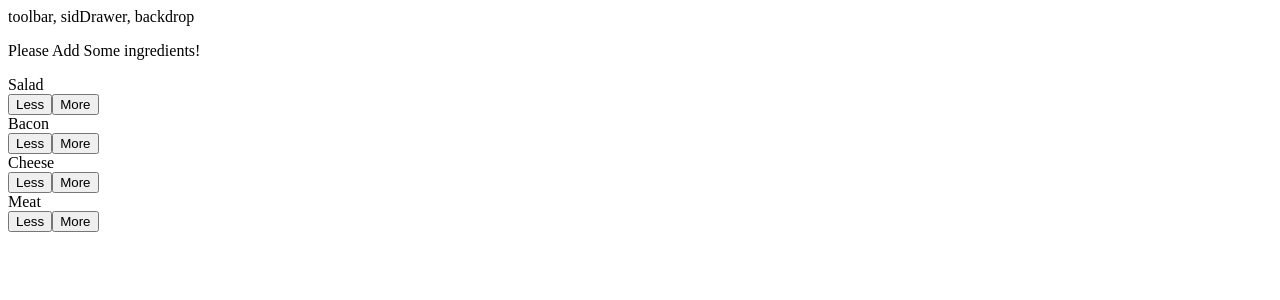
Repository: Yekta-Behzadi/burger-builder
Page: /
The author's editor kept a copy of each file at every save. The page is drawn from the files as they stood at one save, then again after the next save.
The browser window is 1280 px wide. The pictures show the whole page.
The project was rebuilt for these pictures with package versions that can differ from the ones it lists, and the page was loaded fresh each time. Also part of the build but not shown: src/components/Layout/Layout.css, src/components/Burger/Burger.css, src/components/Burger/BurgerIngredients/BurgerIngredients.css, src/components/Burger/BuildControls/BuildControls.css, src/components/Burger/BuildControls/BuildControl/BuildControl.css.

Above is the page before, as saved 2021-01-02 13:50:01.

After the next save:
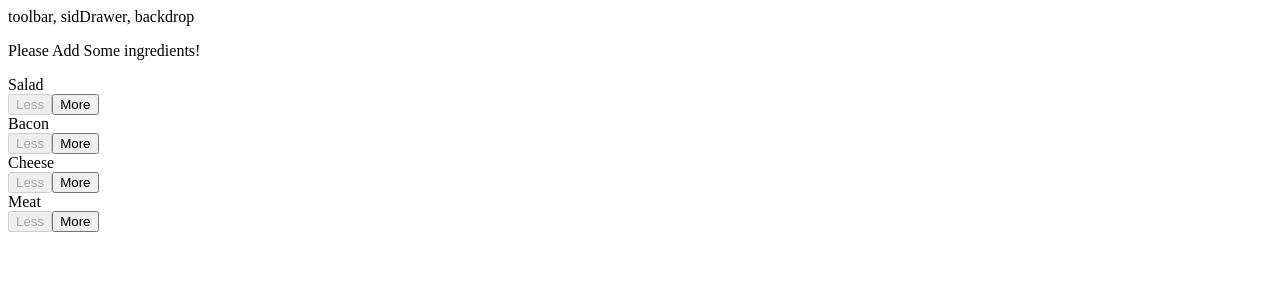
Saved 58 s later.
--- a/src/components/Burger/BuildControls/BuildControl/BuildControl.js
+++ b/src/components/Burger/BuildControls/BuildControl/BuildControl.js
@@ -7,7 +7,7 @@
       <button
       className={classes.Less}
       onClick={props.deducted}
-      disabled={props.disabled} > Less
+      disabled={props.disabeled} > Less
       </button>
 
       <button className={classes.More}
